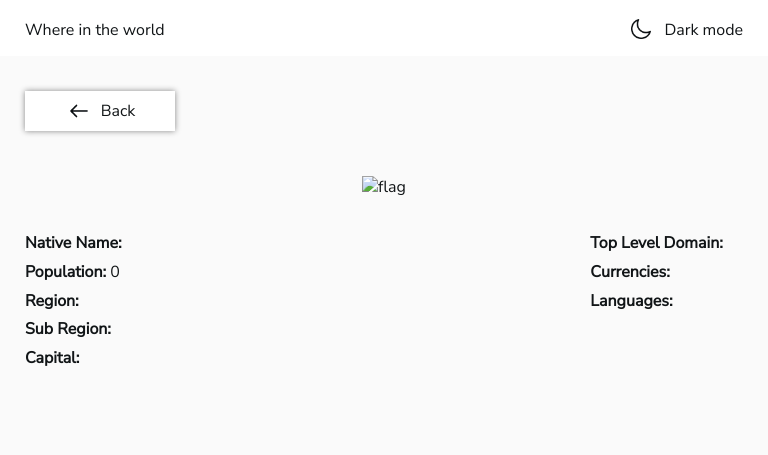
Repository: faithandjs/rest-countries-api
Page: /details
The author's editor kept a copy of each file at every save. The page is drawn from the files as they stood at one save, then again after the next save.
The browser window is 768 px wide. The pictures show the whole page.
The page's requests for data from a server got no answer. The project was rebuilt for these pictures with package versions that can differ from the ones it lists, and the page was loaded fresh each time. No one was signed in, and anything a server would have sent is missing. Also part of the build but not shown: src/components/home.tsx.

Above is the page before, as saved 2022-04-16 16:03:56.

### src/App.tsx
import React, {useContext} from 'react';
import Home from './components/home';
import Details from './components/details';
import Nav from './components/nav';
import { Routes, Route } from "react-router-dom"
import Parent, {Wrapper} from './components/parent'

function App() {
  return (
    <div className='app light' style={{height: '100%', width: '100%'}}>
      <Parent>
        <Nav/>
        <Routes >
          <Route path='/' element={<Home/>}/>
          <Route path='details' element={<Details/>}/>
        </Routes>
      </Parent>
    </div>
  );
}

export default App;

### src/components/details.tsx
import React, {useContext} from 'react';
import { useEffect } from 'react';
import { useState } from 'react';
import { Link } from "react-router-dom";
import {Wrapper} from './parent';
import {arrItem, contextType, detailsType} from './type'

//create state that is part of the redux ish that can be updated on click to
//1. change light and dark icons
//3. set paths and alt texts
function Details() {
    const {data, details, currentIcons, settingDetails } = useContext(Wrapper) as contextType
    const [lang, setLang] = useState<any[]>([])

    useEffect(
        ()=>{
            let arr:any[] = []
                Object.entries(details.languages).forEach(([key, value], index) => {
                arr.push(value)
        })
            setLang(arr)
        }, [details]
    )
    const borderClick = (testName:string) => {
        data.map((item )=> {
            if (item.name.common === testName){
                settingDetails(item)
            }
        })
    }
    const borderCheck = () => {
        if (details.borders.length === 0 || details.borders === undefined){
            return null
        }else{
            return(
            <div className='border'>
                <span className='border-title'>border countries: </span>
                <div className='borders'>
                    {details.borders.map((item, index) => {

                    return <span onClick={() => borderClick(item) }>{item }</span>
                        })}
                </div>
            </div>)
        }
    }
    return (
        <div className='details '>
            <Link to='/'><div className='back'><img src={currentIcons.arrow} alt='left arrow, back icon'/> <span>Back</span></div></Link>
            <div className='content '>
                <div className='flag'><img src={details.flag} alt='flag'/></div>
                <div className='moreContent'>
                    <div className='name'>{details.name} </div>
                    <div className='lists'>
                        <ul>
                            <li><span>Native name: </span>{details.nativeName}</li>
                            <li><span>Population: </span>{details.population}</li>
                            <li><span>region: </span>{details.region}</li>
                            <li><span>sub region: </span>{details.subRegion}</li>
                            <li><span>capital: </span>{details.capital}</li>
                        </ul>
                        <ul>
                            <li><span>top level domain: </span>{details.tld}</li>
                            <li><span>currencies: </span>{details.currencies.map((item, index) => {
                                    if(index === 0){
                                        return `${item}`
                                    }else{
                                        return `, ${item}`
                                    }
                                })}</li>
                            <li><span>languages: </span>
                                {lang.map((item, index) => {
                                    if(index === 0){
                                        return `${item}`
                                    }else{
                                        return `, ${item}`
                                    }
                                })}
                            </li>

                        </ul>
                    </div>
                    {borderCheck()}
                </div>
            </div>
        </div>
    );
}

export default Details;

### src/components/nav.tsx
import React, {useContext} from 'react';
import {Wrapper} from './parent';
import {contextType, currentIconsType} from './type'

function Nav() {
    const { currentIcons, changeClasses } = useContext(Wrapper) as contextType
//console.log(currentIcons)
    return (
        <div className='navbar'>
            <div>Where in the world</div>
            <div onClick={() => changeClasses()} className='mode-box'>
                <img src={currentIcons.src} alt='mode icon' />
                <span>Dark mode</span>
            </div>
        </div>
    );
}

export default Nav;

### src/components/parent.tsx
import React, { createContext, useRef, useState, useEffect, useMemo, Props, ClassAttributes } from 'react';
import arrowWhite from './images/next.png'
import arrowBlack from './images/next (1).png'
import mode from './images/sleep-mode (1).png'
import modeFill from './images/sleep-mode (2).png'
import {arrItem, contextType, detailsType, items, currentIconsType} from './type'

export const Wrapper = createContext<contextType | null>(null)
const { Provider } = Wrapper
const Parent: React.FC<React.ReactNode> =({children}) => {
    const axios = require('axios').default;
    const [data, setData] = useState<arrItem[]>([])
    const modeIcons = {
        dark: {
            mode: modeFill,
            arrow: arrowWhite,
            text: 'Dark Mode'
        },
        light: {
            mode: mode,
            arrow: arrowBlack,
            text: 'Light Mode'
        }
    }
    const [details, setDetails] = useState<detailsType>(
        {
        flag: '',
        name: '',
        nativeName: '',
        population: 0,
        region: '',
        subRegion: '',
        capital: [],
        tld: [],
        currencies: [],
        languages: {},
        borders: []
    })

    const getLSD = localStorage.getItem('countries-data-details')
    const getLS = localStorage.getItem('countries-data')
    const passed = useRef<boolean>(false)
    const passed1 = useRef<boolean>(false)
    const native = useRef<string>('')
    const currency = useRef<string[]>([])
    const [currentIcons, setCurrentIcons] = useState<currentIconsType>({
        src: modeIcons.light.mode,
        arrow: modeIcons.light.arrow,
        text:  modeIcons.light.text
    })
    const changeClasses = () => {
        const box = document.querySelector('.app')?.classList
        if(document.querySelector('.light')){
             box?.add('dark')
             box?.remove('light')
             setCurrentIcons({
                src: modeIcons.dark.mode,
                arrow: modeIcons.dark.arrow,
                text:  modeIcons.dark.text
             })
        }else if(document.querySelector('.dark' )){
            setCurrentIcons({
                src: modeIcons.light.mode,
                arrow: modeIcons.light.arrow,
                text:  modeIcons.light.text
             })
            box?.add('light')
            box?.remove('dark')
        }
     }
    const settingDetails = (obj:arrItem) => {
        data.map((item, index) => {
            if (item.name.common === obj.name.common){
            const active = data[index]
            const nativeNames = active.name.nativeName;
            Object.entries(nativeNames).forEach(([key, value], index) => {
                if (index === (Object.keys(nativeNames).length - 1)){
                    native.current = value.common
                }
              });
            let arr:string[] = []
            Object.entries(active.currencies).forEach(([key, value], index) => {
                arr.push(value.name)
            });
            let arr2:string[] = []
            if (active.borders){
                active.borders.map(item => {
                    let item1 = item
                    data.map(item => {
                        if (item.cca3 === item1){
                            arr2.push(item.name.common)
                        }
                    })
                })
            }
            setDetails({
                flag: active.flags.svg,
                name: active.name.common,
                nativeName: native.current,
                population: active.population,
                region: active.region,
                subRegion: active.subregion,
                capital: active.capital,
                tld: active.tld,
                currencies: arr,
                languages: active.languages,
                borders: arr2
            })
            }
        })

    }

    useEffect(
        () => {
            if(!passed.current){
                console.log(passed, 'lsd')
                if(  getLSD   ){
                    console.log(getLSD,JSON.parse(getLSD!).name !== '')
                    if(JSON.parse(getLSD!).name !== ''){
                        setDetails(JSON.parse(getLSD!))
                        console.log('here')
                    }
                }
            }
        },[]
    )
    useEffect(
        () => {
            if(passed.current){localStorage.setItem('countries-data-details', JSON.stringify(details))}
        }
    , [details])
    useEffect(
        () => {
            if(!passed.current){

            console.log(passed, 'ls')
                if( getLS === 'undefined' || getLS === null || getLS === '[]'){
                axios.get('https://restcountries.com/v3.1/all')
                .then(function (response:any) {
                    setData(response.data)
                })
                .catch(function (error:any) {
                    console.log(error);
                  })
                }else{
                    setData(JSON.parse(getLS))
                }
                passed.current = true;
            }
        }
            ,[])
    const value:contextType = useMemo(
        () => ({data, details, currentIcons, changeClasses, settingDetails})
        , [data, details, currentIcons, changeClasses, settingDetails]
    )
    return (
        <Provider value={value}>
           {children}
        </Provider>
    );
}
export default Parent;

### src/components/style/style.scss
@import url('https://fonts.googleapis.com/css2?family=Nunito+Sans&display=swap');
$DarkBlue: hsl(209, 23%, 22%); // (Dark Mode Elements)
$VeryDarkBlue: hsl(207, 26%, 17%); //(Dark Mode Background)
$VeryDark: hsl(200, 15%, 8%); //(Light Mode Text)
$DarkGray: hsl(0, 0%, 52%); //(Light Mode Input)
$VeryLightGray: hsl(0, 0%, 98%); // (Light Mode Background)
$White: hsl(0, 0%, 100%); //(Dark Mode Text & Light Mode Elements)
$shadow: 0px 0px 1px 0.2px ;
@mixin theme ($bg, $element, $text, $shadowColor) {
    //body{
    background: $bg;
    color: $text;
    //background: linear-gradient(45deg, $bg, $bg) repeat fixed center;
    //}

    .navbar{
        background-color: $element;
    }
    a:-webkit-any-link{
        color: $text;
    }
    .details{
        .borders span, .back{
            background-color: $element;
        }
        .borders span{
            box-shadow: 0px 0px 3px 0.1px $shadowColor;
        }
        .back{
            box-shadow: 0px 0px 6px 0.2px $shadowColor;
        }
    }
    .home{
        form{
            div{
                box-shadow: $shadow $shadowColor;
                input{
                    background-color: $element;
                    color: $text;
                }
                background-color: $element;
            }
            select{
                box-shadow: $shadow $shadowColor;
                background-color: $element;
                color: $text;
            }
        }
        .all-flags{
            .a-flag{
                background-color: $element;
                box-shadow: $shadow $shadowColor;
            }
        }
    }

}
.dark{
    @include theme($VeryDarkBlue, $DarkBlue , $White, $VeryDark)
}
.light{
    @include theme($VeryLightGray, $White , $VeryDark, $DarkGray )
}
.app{
    font-family: 'Nunito Sans', sans-serif;
    position: fixed;
    overflow: auto;
}
.navbar{
    display: flex;
    justify-content: space-between;
    padding: 15px 25px;
    align-items: baseline;
    /*position: fixed;
    top: 0;
    left: 0;*/
    img{
        width: 20px;
        padding: 0 13px 0 1px ;
        position: relative;
        top: 4px;
    }
    //color at the bottom?
    //also this part is diffrent from background
}
.details {
    padding: 0 25px 25px;
    font-weight: 300;
    .back{
        width: 150px;
        height: 40px;
        margin: 35px 0 45px 0;
        text-align: center;
        display: flex;
        justify-content: center;
        align-items: center;
        img{
            transform: rotate(180deg) scale(0.15);
        }
        span{
            position: relative;
            left: -50px;
        }
        img, span{
            padding: 0 4px;
        }
    }
    .content{
        display: flex;
        //align-items: baseline;
        .flag{
            img{
                width: 400px;
                margin-right:100px;
            }
        }
        .moreContent{
            ul span, .border-title{
                font-weight: 600;
                text-transform: capitalize;
            }
            .name{
                font-weight: 800;
                font-size: 30px;
            }
            .lists{
                display: flex;
                justify-content: space-between;
                line-height: 1.8;
                padding: 15px 0 45px;
                ul{
                    list-style-type: none;
                    padding-inline-start: 0;
                    padding-right: 20px;
                }
            }
            .border{
                display: flex;
                align-items: baseline;
                border: 0;
                .border-title{
                    white-space: nowrap;
                }
                .borders{
                    display: flex;
                    flex-wrap: wrap;
                    span{
                        min-width: 100px;
                        margin: 0 10px 15px;
                        padding: 7px 12px;
                        text-align: center;
                    }
                }
            }
        }
    }
}
/*.details, .content, .moreContent, .border{
    width: 100%;
}*/
a:-webkit-any-link {
    text-decoration: none;
}
.mode-box:hover, select:hover, .border div:hover{
    cursor: pointer;
 }
.home{
    form{
        display: flex;
        justify-content: space-between;
        padding: 35px 25px 45px;
        input, select{
            outline: 0;
        }
        div{
            width: 300px;
            padding: 15px 7px;
            display: flex;
            border-radius: 4px;
            img{
                width: 17px;
                padding: 0 10px;
            }
            input{
                border: 0;
            }
        }
        select{
            border-radius: 4px;
            width: 130px;
            border: 0;
            padding: 15px 7px;
        }
    }
        margin: 0 25px;
    .all-flags{
        display: flex;
        flex-wrap: wrap;
        justify-content: space-around;
        .a-flag{
            margin: 0 15px 35px;
            //padding: 10px;
            width: 280px;
            height: 330px;
            border-radius: 7px;
            .flag-box{
                height: 170px;
                width: 100%;
                img{
                    width: -webkit-fill-available;
                    height: 100%;
                    object-fit: fill;
                    border-top-left-radius: 7px;
                    border-top-right-radius: 7px;
                }
            }
            .text{
                padding: 0 6px;
                span{
                    text-transform: capitalize;
                    font-weight: bold;
                }
            }
        }
    }//0px 0px 4px 0.3px hsl(200deg 15% 8%) box shadow
}
@media screen and (max-width: 768px) {
    .details{
        .content{
            display: block;

            .flag {
                text-align: center;
                img{
                    margin: 0;
                    padding: 0;
                    width: 600px;
                }
            }
        }
    }
}

Loaded but not shown: src/index.tsx (common file); src/index.css (common file); src/reportWebVitals.ts (common file)

After the next save:
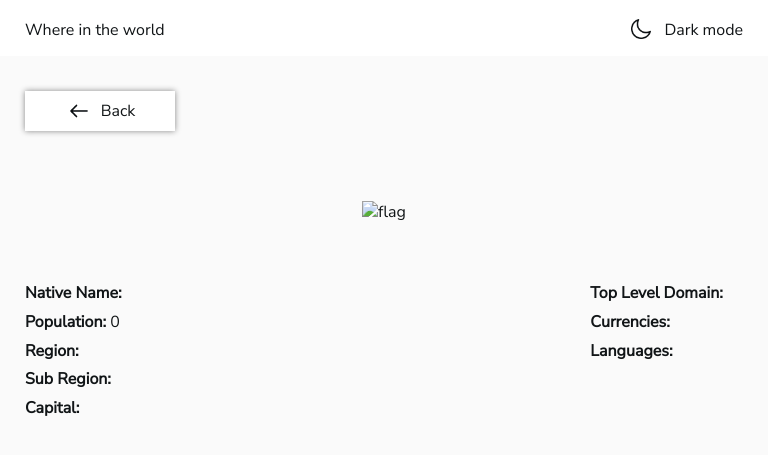
Saved 32 s later.
--- a/src/components/style/style.scss
+++ b/src/components/style/style.scss
@@ -232,7 +232,7 @@ a:-webkit-any-link {
             .flag {
                 text-align: center;
                 img{
-                    margin: 0;
+                    margin: 25px 0;
                     padding: 0;
                     width: 600px;
                 }
